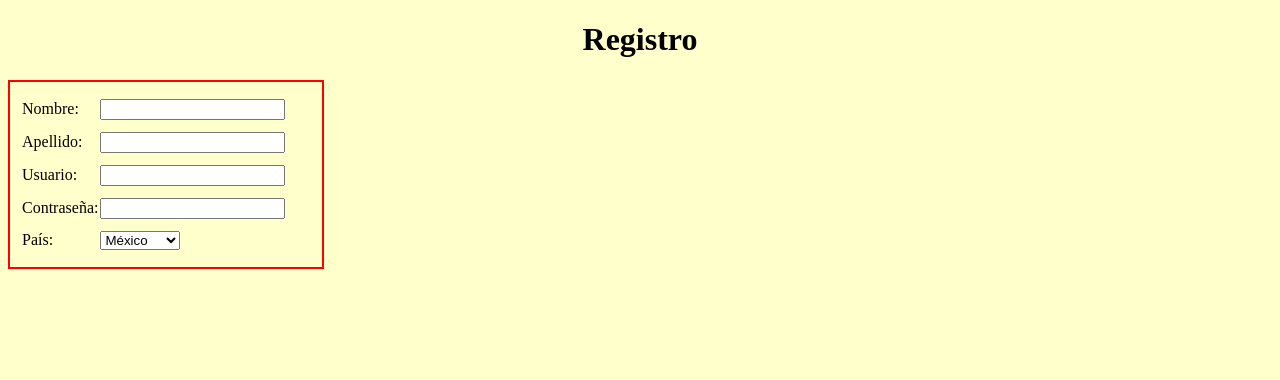
Repository: jchemile/varios
Page: pildoras_informaticas/javaee/Primeros_pasos_JSP/WebContent/Formuario_Login.html
The author's editor kept a copy of each file at every save. The page is drawn from the files as they stood at one save, then again after the next save.
The browser window is 1280 px wide. The pictures show the whole page.

Above is the page before, as saved 2020-04-20 05:33:23.

After the next save:
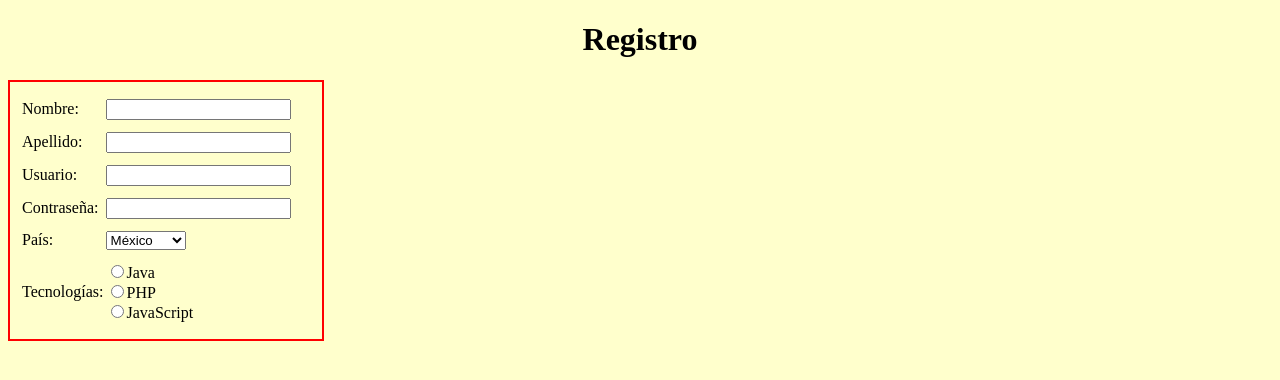
Saved 5 min 15 s later.
--- a/pildoras_informaticas/javaee/Primeros_pasos_JSP/WebContent/Formuario_Login.html
+++ b/pildoras_informaticas/javaee/Primeros_pasos_JSP/WebContent/Formuario_Login.html
@@ -60,6 +60,23 @@ td{
 		</select></td>
 	</tr>
 
+	<tr>
+		<td>Tecnologías: </td>
+		<td>
+			<label>
+			<input type = "radio" name="tecnologias" value="Java" id="tecnologia_0">Java
+			</label> <br>
+
+			<label>
+			<input type = "radio" name="tecnologias" value="PHP" id="tecnologia_1">PHP
+			</label> <br>
+
+			<label>
+			<input type = "radio" name="tecnologias" value="JavaScript" id="tecnologia_2">JavaScript
+			</label> <br>
+
+		</td>
+	</tr>
 	</table>
 
 </form>
